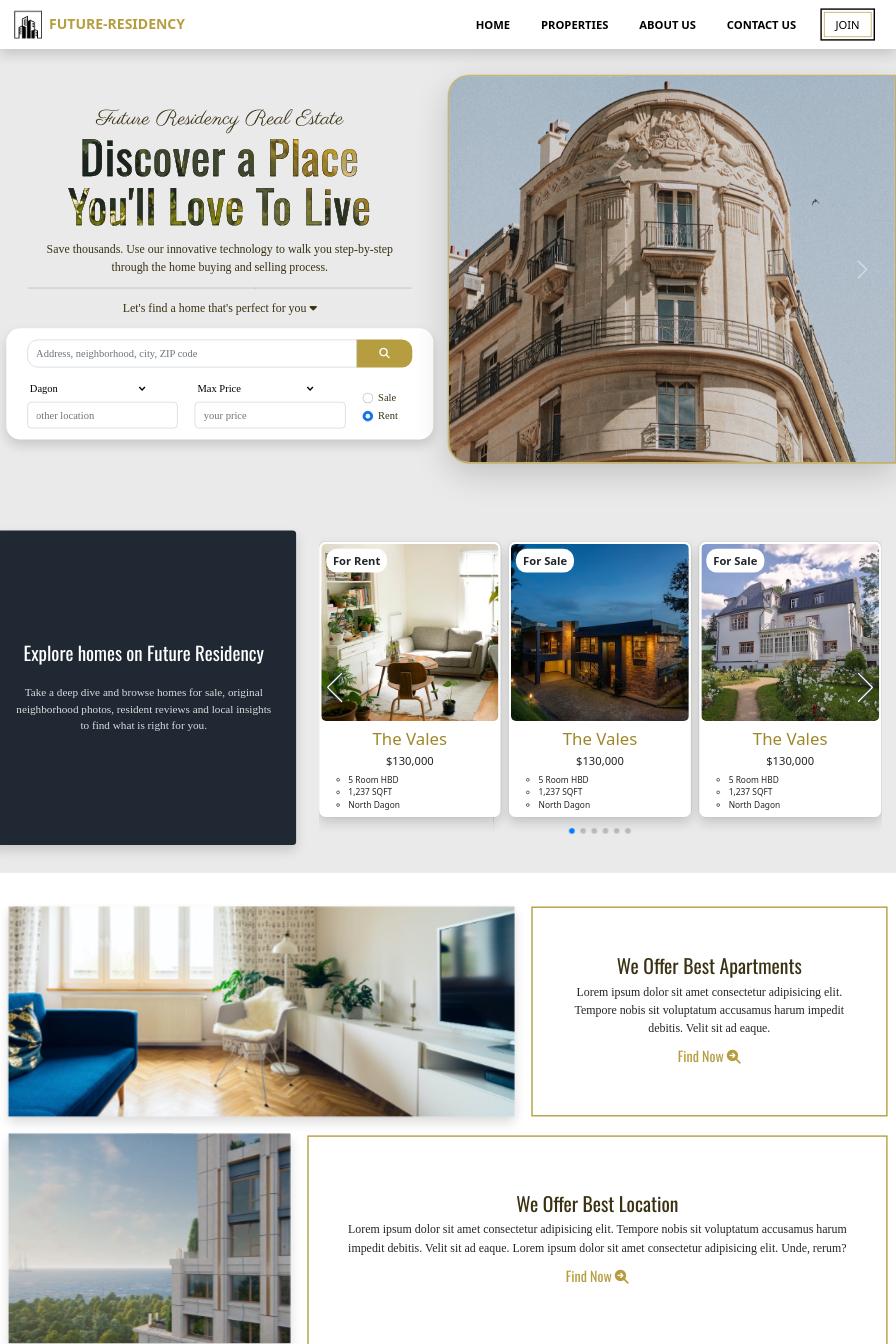
Repository: pyaestk/Future-residency
Page: index.html
The author's editor kept a copy of each file at every save. The page is drawn from the files as they stood at one save, then again after the next save.
The browser window is 1280 px wide. The pictures show the part of the page from y = 0 to 1920 px (the page is 2739 px tall), at 70% of full size.
Pictures or frames that could not be fetched are drawn as grey boxes. Some web fonts or font styles are not loaded; a fallback is used.

Above is the page before, as saved 2022-12-13 21:25:06.

### index.html
<!doctype html>
<html lang="en">

<head>
  <meta charset="utf-8">
  <meta name="viewport" content="width=device-width, initial-scale=1, minimum-scale=1, maximum-scale=1 ">
  <title>FUTURE-RESIDENCY</title>
  <!--bootstrap-->
  <link href="https://cdn.jsdelivr.net/npm/bootstrap@5.2.3/dist/css/bootstrap.min.css" rel="stylesheet"
    integrity="sha384-rbsA2VBKQhggwzxH7pPCaAqO46MgnOM80zW1RWuH61DGLwZJEdK2Kadq2F9CUG65" crossorigin="anonymous">

  <!--custom css-->
  <link rel="stylesheet" href="style.css" type="text/css">
  <link rel="stylesheet" href="styleMobileview.css" type="text/css">
  <link rel="stylesheet" href="styleTabletview.css" type="text/css">

  <!--font awesome-->
  <link rel="stylesheet" href="https://cdnjs.cloudflare.com/ajax/libs/font-awesome/6.2.1/css/all.min.css"
    integrity="sha512-MV7K8+y+gLIBoVD59lQIYicR65iaqukzvf/nwasF0nqhPay5w/9lJmVM2hMDcnK1OnMGCdVK+iQrJ7lzPJQd1w=="
    crossorigin="anonymous" referrerpolicy="no-referrer" />

  <!--swiper js-->
  <link rel="stylesheet" href="https://cdn.jsdelivr.net/npm/swiper@8/swiper-bundle.min.css" />

</head>

<body>

  <!-- background -->
  <div class="background"></div>

  <!--navigation-->
  <nav class="shadow">
    <div class="logo-area">
      <img src="img/FUTURE_ReSIDENCY-removebg-preview.png" alt="logo" class="logo">
      <span>FUTURE-RESIDENCY</span>
    </div>


    <!--desktop-->
    <div class="navlinks" id="nav-right">
      <div class="icon closeMenubar shadow" onclick="hideMenu()">
        <i class="fa-solid fa-xmark"></i>
      </div>
      <ul>
        <li><a href="#">HOME</a></li>
        <li><a href="properties.html">PROPERTIES</a></li>
        <li><a href="aboutUs.html">ABOUT US</a></li>
        <li><a href="contactUs.html">CONTACT US</a></li>
        <a href="singIn.html" class="navibutton">JOIN</a></li>
      </ul>
    </div>
    <div class="icon openMenubar">
      <i class="fa-solid fa-bars" onclick="showMenu()"></i>
    </div>
  </nav>
  <!--end navigation-->


  <!--jumbotron-->
  <div class="jumbotron mb-5">
    <div class="row mt-3">

      <div class="col-md-6 content">
        <div class="row px-5 text-center">
          <div class="col-md-12 mt-4 px-1">
            <div class="subtext text-center">
              <h4 class="mb-0">Future Residency Real Estate</h4>
            </div>
            <p>Discover a Place <br> You'll Love To Live</p>
            <div class="subtext my-2 text-center">
              <span>Save thousands. Use our innovative technology to walk you
                step-by-step through the home buying and selling process.</span>
            </div>
            <hr>
          </div>
        </div>

        <div class="row justify-content-md-center formsession">
          <div class="col-md-12">
            <div class="mb-3 text-center">
              <span style="--delay: .4s; ">
                Let's find a home that's perfect for you <i class="fa-sharp fa-solid fa-caret-down"></i>
              </span>
            </div>
            <div class="searchSection shadow  py-3 " style="--delay: 1s;">
              <div class="row">
                <div class="container input-group form-area mb-3 searchgroup">
                  <input type="text" class="form-control searchbar" placeholder="Address, neighborhood, city, ZIP code">
                  <button><i class="fa-solid fa-magnifying-glass"></i></button>
                </div>
              </div>
              <div class="row">
                <div class="col-md-5 col">
                  <select name="" id="">
                    <option value="">Dagon</option>
                    <option value="">North Dagon</option>
                    <option value="">Yankin</option>
                    <option value="">San Chaung</option>
                  </select>
                  <input type="text" class="form-control" placeholder="other location">
                </div>
                <div class="col-md-5 col">
                  <select name="" id="">
                    <option value="">Max Price</option>
                    <option value="">Average</option>
                    <option value="">Min Price</option>
                  </select>
                  <input type="text" class="form-control" placeholder="your price">
                </div>
                <div class="col-md-2 pt-3 col-3">
                  <div class="form-check">
                    <input class="form-check-input" type="radio" name="flexRadioDefault" id="flexRadioDefault1">
                    <label class="form-check-label" for="flexRadioDefault1">
                      Sale
                    </label>
                  </div>
                  <div class="form-check">
                    <input class="form-check-input" type="radio" name="flexRadioDefault" id="flexRadioDefault2" checked>
                    <label class="form-check-label" for="flexRadioDefault2">
                      Rent
                    </label>
                  </div>
                </div>
              </div>
            </div>
          </div>
        </div>
      </div>

      <div class="col-md-6 text-center customCarousel my-2">
        <div id="carouselExampleCaptions" class="carousel slide w-100" data-bs-ride="true">
          <div class="carousel-inner carouselborder shadow-lg">
            <div class="carousel-item">
              <video src="img/carouselvideo1.mp4" poster="img/video-poster.jpg" autoplay loop muted></video>
            </div>
            <div class="carousel-item">
              <img src="img/pexels-alesia-talkachova-2768311.jpg" alt="">
            </div>
            <div class="carousel-item active">
              <img src="img/pexels-mathias-reding-5331975.jpg" alt="">
            </div>
          </div>
          <button class="carousel-control-next" type="button" data-bs-target="#carouselExampleCaptions"
            data-bs-slide="next">
            <span class="carousel-control-next-icon" aria-hidden="true"></span>
            <span class="visually-hidden">Next</span>
          </button>
        </div>
      </div>
    </div>
  </div>
  <!--end jumbotron-->

  <div class="group1">
    <div class="row">

      <div class="col-md-4">
        <div class="row label2 shadow">
          <div class="col-md-12 text-center" >

            <h3 id="reveal2">Explore homes on Future Residency</h3>
            <p class="sublabel" id="reveal3" style="font-family: 'Cormorant Infant', serif;">
              Take a deep dive and browse homes for sale, original neighborhood photos, resident reviews and local
              insights to find what is right for you.
            </p>

          </div>
        </div>
      </div>

      <div class="col-md-8">

        <div class="row featuredcard">
          <div class="col-md-12">
            <!--index swiperJs-->
            <div class="swiper mySwiper">
              <div class="swiper-wrapper mb-4">
                <div class="swiper-slide">

                  <div class="card salecard shadow">
                    <div class="salecard-img">
                      <img src="img/apartment1.jpg" class="card-img-top" alt="...">
                      <div class="layer">
                        <a href="saleItem.html" class="text-decoration-none text-white"><h6> See More <i class="fa-sharp fa-solid fa-arrow-right-from-bracket"></i></h6></a>
                      </div>
                      <div class="layer2">
                        <span>For Rent</span>
                      </div>
                    </div>
                    <div class="salecard-body">
                      <div class="row">
                        <div class="col-md-12 text-center">
                          <h4>The Vales</h4>
                          <h6>$130,000</h6>
                        </div>
                        <div class="col-md-12">
                          <li>5 Room HBD</li>
                          <li>1,237 SQFT</li>
                          <li>North Dagon</li>
                        </div>
                      </div>
                    </div>
                  </div>

                </div>
                <div class="swiper-slide">

                  <div class="card salecard shadow">
                    <div class="salecard-img">
                      <img src="img/house3.jpg" class="card-img-top" alt="...">
                      <div class="layer">
                        <h6> See More <i class="fa-sharp fa-solid fa-arrow-right-from-bracket"></i></h6>
                      </div>
                      <div class="layer2">
                        <span>For Sale</span>
                      </div>
                    </div>
                    <div class="salecard-body">
                      <div class="row">
                        <div class="col-md-12 text-center">
                          <h4>The Vales</h4>
                          <h6>$130,000</h6>
                        </div>
                        <div class="col-md-12">
                          <li>5 Room HBD</li>
                          <li>1,237 SQFT</li>
                          <li>North Dagon</li>
                        </div>
                      </div>
                    </div>
                  </div>

                </div>
                <div class="swiper-slide">

                  <div class="card salecard shadow">
                    <div class="salecard-img">
                      <img src="img/house1.jpg" class="card-img-top" alt="...">
                      <div class="layer">
                        <h6> See More <i class="fa-sharp fa-solid fa-arrow-right-from-bracket"></i></h6>
                      </div>
                      <div class="layer2">
                        <span>For Sale</span>
                      </div>
                    </div>
                    <div class="salecard-body">
                      <div class="row">
                        <div class="col-md-12 text-center">
                          <h4>The Vales</h4>
                          <h6>$130,000</h6>
                        </div>
                        <div class="col-md-12">
                          <li>5 Room HBD</li>
                          <li>1,237 SQFT</li>
                          <li>North Dagon</li>
                        </div>
                      </div>
                    </div>
                  </div>

                </div>
                <div class="swiper-slide">

                  <div class="card salecard shadow">
                    <div class="salecard-img">
                      <img src="img/house5.jpg" class="card-img-top" alt="...">
                      <div class="layer">
                        <h6> See More <i class="fa-sharp fa-solid fa-arrow-right-from-bracket"></i></h6>
                      </div>
                      <div class="layer2">
                        <span>For Sale</span>
                      </div>
                    </div>
                    <div class="salecard-body">
                      <div class="row">
                        <div class="col-md-12 text-center">
                          <h4>The Vales</h4>
                          <h6>$130,000</h6>
                        </div>
                        <div class="col-md-12">
                          <li>5 Room HBD</li>
                          <li>1,237 SQFT</li>
                          <li>North Dagon</li>
                        </div>
                      </div>
                    </div>
                  </div>

                </div>
                <div class="swiper-slide">

                  <div class="card salecard shadow">
                    <div class="salecard-img">
                      <img src="img/house10.jpg" class="card-img-top" alt="...">
                      <div class="layer">
                        <h6> See More <i class="fa-sharp fa-solid fa-arrow-right-from-bracket"></i></h6>
                      </div>
                      <div class="layer2">
                        <span>For Sale</span>
                      </div>
                    </div>
                    <div class="salecard-body">
                      <div class="row">
                        <div class="col-md-12 text-center">
                          <h4>The Vales</h4>
                          <h6>$130,000</h6>
                        </div>
                        <div class="col-md-12">
                          <li>5 Room HBD</li>
                          <li>1,237 SQFT</li>
                          <li>North Dagon</li>
                        </div>
                      </div>
                    </div>
                  </div>

                </div>
                <div class="swiper-slide">

                  <div class="card salecard shadow">
                    <div class="salecard-img">
                      <img src="img/apartment5.jpg" class="card-img-top" alt="...">
                      <div class="layer">
                        <h6> See More <i class="fa-sharp fa-solid fa-arrow-right-from-bracket"></i></h6>
                      </div>
                      <div class="layer2">
                        <span>For Rent</span>
                      </div>
                    </div>
                    <div class="salecard-body">
                      <div class="row">
                        <div class="col-md-12 text-center">
                          <h4>The Vales</h4>
                          <h6>$130,000</h6>
                        </div>
                        <div class="col-md-12">
                          <li>5 Room HBD</li>
                          <li>1,237 SQFT</li>
                          <li>North Dagon</li>
                        </div>
                      </div>
                    </div>
                  </div>

                </div>

              </div>

              <div class="swiper-button-next" style="color: #ffffff;   -webkit-text-stroke-width: 1px;
              -webkit-text-stroke-color: #1F2833;"></div>

              <div class="swiper-button-prev text-light" style="color: #ffffff;   -webkit-text-stroke-width: 1px;
              -webkit-text-stroke-color: #1F2833;"></div>

              <div class="swiper-pagination"></div>
            </div>
          </div>
          <!--swiperJs end-->
        </div>
      </div>

    </div>
  </div>
  <!--group1 end-->




  <div class="container-fluid pt-5">
    <div class="row pic-container">
      <div class="col-md-7">
        <div class="pic1">
          <img class="shadow" src="img/jarek-ceborski-jn7uVeCdf6U-unsplash.jpg" alt="" id="reveal2">
        </div>
      </div>
      <div class=" col-md-5 d-flex flex-column justify-content-center">
        <div class="pic1-caption d-flex flex-column justify-content-center px-5 align-items-center" >
          <h3 id="reveal">We Offer Best Apartments</h3>
          <span id="reveal2">Lorem ipsum dolor sit amet consectetur adipisicing elit.
             Tempore nobis sit voluptatum accusamus harum impedit debitis.
             Velit sit ad eaque.
          </span>
          <a href="properties.html" class="text-decoration-none"><h6 id="reveal3">Find Now <i class="fa-solid fa-magnifying-glass-arrow-right"></i></h6></a>
        </div>
      </div>
    </div>
  </div>
  <div class="container-fluid pt-2">
    <div class="row mt-3">
      <div class="col-md-4 vid">
        <video class="shadow" src="img/1624370561481-FbR_sea_fin_2905 - converted with Clipchamp.mp4" muted autoplay loop poster="img/Screenshot 2022-12-05 124058.jpg" id="reveal2"></video>
      </div>
      <div class=" col-md-8 d-flex flex-column justify-content-center">
        <div class="vid-caption px-5 d-flex flex-column justify-content-center align-items-center" >
          <h3 id="reveal">We Offer Best Location</h3>
          <span id="reveal2">Lorem ipsum dolor sit amet consectetur adipisicing elit.
            Tempore nobis sit voluptatum accusamus harum impedit debitis.
            Velit sit ad eaque.
            Lorem ipsum dolor sit amet consectetur adipisicing elit. Unde, rerum?
          </span>
          <a href="properties.html" class="text-decoration-none"><h6 id="reveal3">Find Now <i class="fa-solid fa-magnifying-glass-arrow-right"></i></h6></a>
        </div>
      </div>

    </div>
  </div>

  <div class="container-fluid pt-2 mb-5">
    <div class="row mt-3 pic2-container">

      <div class=" col-md-5 d-flex flex-column justify-content-center">
        <div class="pic2-caption px-5 d-flex flex-column justify-content-center align-items-center">
          <h3 id="reveal">We Offer Best Houses</h3>
          <span id="reveal2">Lorem ipsum dolor sit amet consectetur adipisicing elit.
            Tempore nobis sit voluptatum accusamus harum impedit debitis.
            Velit sit ad eaque.
          </span>
          <a href="properties.html" class="text-decoration-none"><h6 id="reveal3">Find Now <i class="fa-solid fa-magnifying-glass-arrow-right"></i></h6></a>
        </div>
      </div>
      <div class="col-md-7 pic2">
        <img class="shadow" src="img/stephan-bechert-yFV39g6AZ5o-unsplash.jpg" alt="" id="reveal">
      </div>

    </div>
  </div>



  <!--footer-->
  <div class="footer pt-5">
    <div class="container text-center text-white">
      <div class="row">
        <div class="col-md-12 my-5" id="reveal3">
          <h2><img src="img/FUTURE_ReSIDENCY-removebg-preview-modified.png" alt="logo" class="logo pb-2"><span>
              FUTURE-RESIDENCY </span> Real Estate</h2>
        </div>
      </div>
      <div class="row pb-5 gap-5 justify-content-md-center">
        <div class="col col-md-3" id="reveal3">
          </ul>
          <h5>Our company</h5>
          <div>about us</div>
          <div>privacy policy</div>
          <div>terms of service</div>
        </div>
        <div class="col-md-auto" id="reveal3">
          <h5>Advertise with Us</h5>
          <div>list a property</div>
          <div>business solutions</div>
        </div>
        <div class="col col-md-3" id="reveal3">
          <h5>Let us Help</h5>
          <div>avoid scams</div>
          <div>contact us</div>
          <div>site map</div>
        </div>
      </div>
      <hr>
      <div class="row text-center pb-2">
        <div class="col-md-12">
          <span class="copyright" id="reveal3">© 2022 Rent Group Inc. All rights reserved. All photos, videos, text and other content
            are the property of Future-Residency Group Inc. APARTMENT GUIDE and the APARTMENT GUIDE Trade Dress
            are registered trademarks of Future-Residency Inc. or its affiliates.</span>
        </div>
      </div>
    </div>
  </div>



  <!--swiper js-->
  <script src="https://cdn.jsdelivr.net/npm/swiper@8/swiper-bundle.min.js"></script>

  <!--javascript-->
  <script src="app.js"></script>

  <!--bootstrap-->
  <script src="https://cdn.jsdelivr.net/npm/bootstrap@5.2.3/dist/js/bootstrap.bundle.min.js"
    integrity="sha384-kenU1KFdBIe4zVF0s0G1M5b4hcpxyD9F7jL+jjXkk+Q2h455rYXK/7HAuoJl+0I4"
    crossorigin="anonymous"></script>
</body>

</html>

### styleTabletview.css

/* mobile view */

@media only screen and (min-width: 768px) and (max-width: 1100px) {
   /* navigation */
  .logo-area span{
    display: none;
  }

  /* jumbotron */
  .jumbotron p{
    font-size: 30px;
    line-height: 35px;
  }
  .subtext h4, .subtext{
    font-size: 13px;
  }
  .indexBackground{
    background: linear-gradient(90deg, #EAEAEA 65%, #EAEAEA -30%);
  }
  .searchSection{
    margin: 10px 10px 10px 30px;
    padding: 10px 20px;
  }
  .carouselborder{
    height: 400px;
  }
  .carouselborder img{
    /* max-height: 129vh; */
    height: 400px;
  }
  .carousel-control-next{
    padding-right: 30px;
  }
  .formsession span{
    font-size: 13px;
  }
  /* jumbotron end */

  /* first group */
  .group1{
    padding-top: 10px;
    padding-bottom: 10px;
  }
  .label2{
    border-radius: 10px;
    padding: 40px 15px 40px 15px;
  }
  .label2 h3{
    font-size: 20px;
  }
  .sublabel{
    font-size: 13px;
    padding-top: 10px;
  }
  .salecard li{
    padding-left: 20px;
  }
  .featuredcard{
    padding: 0 10px;
  }
  /* second group */
  .label{
    color: #1F2833;
    background-color: white;
    margin: 0 10px;
    border-radius: 10px;
  }
  .label h3{
    font-size: 20px;
    padding: 20px 10px;
  }

  .housecard .salecard{
    width: 230px;
    padding: 0;
  }

  .salecard h6{
    font-size: 12px;
    padding-bottom: 0;
  }
  .salecard li{
    font-size: 10px;
    padding-left: 20px;
    list-style-type: circle;
  }
  .layer h5{
    font-size: 12px;
  }

  .layer2{
    font-size: 10px;
    padding: 3px 3px;
  }

  /* properties */
  .searchSection{
    font-size: 13px;
  }
  .searchSection input::placeholder{
    font-size: 13px;
  }

  /* aboutUs */
  .ourhistory .label2{
    color: white;
    background-color: #1F2833;
    padding: 10px;
    margin-right: 0!important;
  }
  .ourhistory .history{
    border-radius: 20px 5px 5px 20px;
    margin-left: 0!important;
  }
  .history{
    text-align: justify;
    font-size: 10px;
  }
  .locationsession{
    text-align: center;
    margin: 10px;
  }
  .about-caption{
    font-size: 13px;
  }
  .conclusion h3{
    font-size: 20px;
  }
  .conclusion p{
    font-size: 13px;
    text-align: justify;
  }

  /* contact us */
  .contactsession h3{
    font-size: 16px;
  }
  .card-text{
    font-size: 14px;
  }
  .contactCard{
    height: 300px;
  }
  .contactCard h4{
    font-size: 18px;
  }
  .contactCard h6{
    font-size: 14px;
  }
  .contactCard p{
    font-size: 12px;
  }
  .locationsession h4{
    font-size: 15px;
  }
  .question span{
    font-size: 13px;
  }

  /* sign in page */
  .login-form{
    margin-top: 25px;
    min-height: 60vh;
  }
  .login-video{
    margin-top: 25px;
  }
  .loginlayer{
    width: 270px;
  }
  .loginlayer h3{
    font-size: 20px;
  }
  .loginlayer h6{
    font-size: 13px;
  }

  /* saleitem page */
  .itemDetail{
    margin-top: 25px;
    margin-bottom: 30px;
  }
  .itemimage{
    position: relative;
    top: 25px;
  }
  }

Loaded but not shown: app.js (123 lines, source omitted); style.css (732 lines, source omitted); styleMobileview.css (261 lines, source omitted)

After the next save:
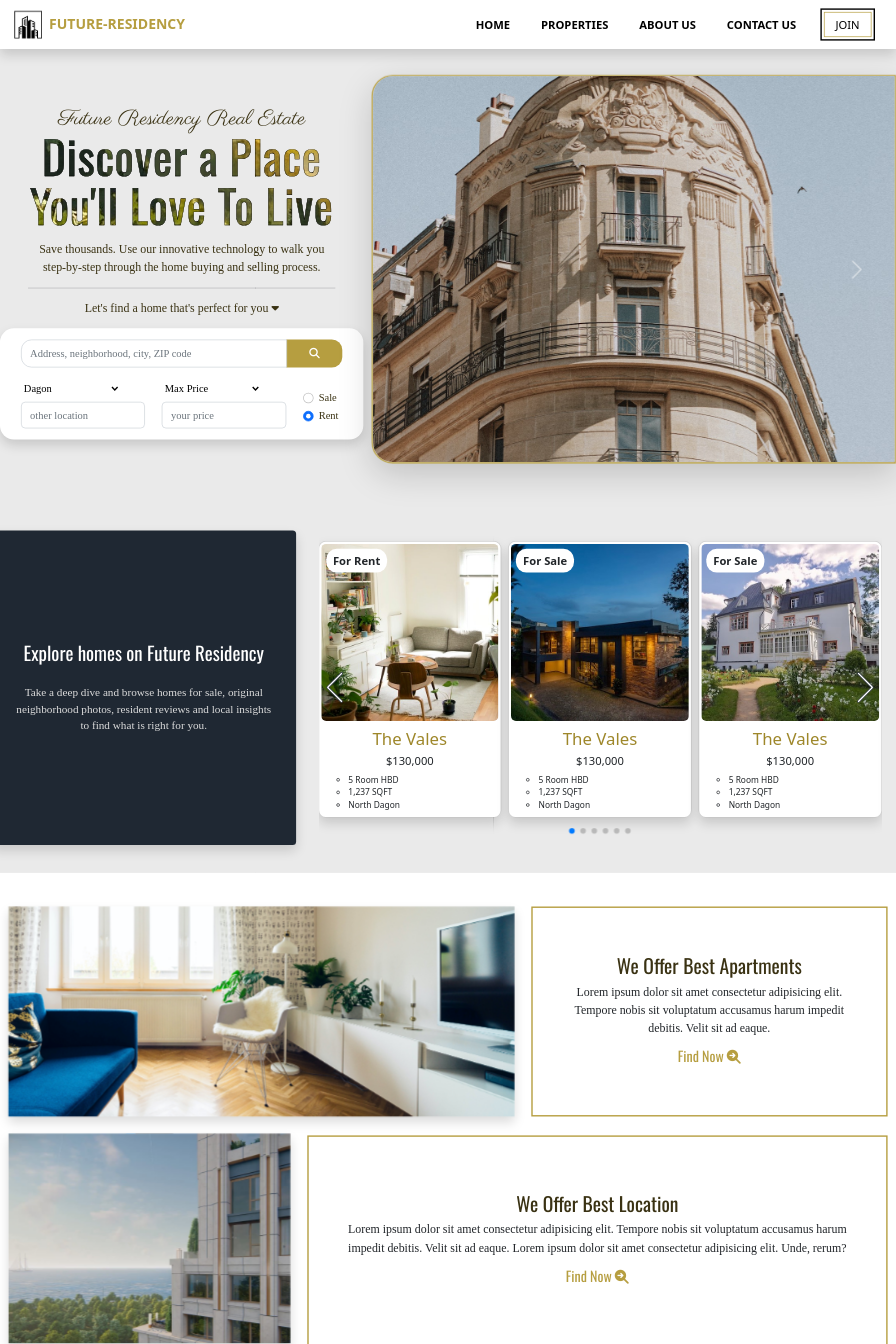
Saved 48 s later.
--- a/index.html
+++ b/index.html
@@ -61,7 +61,7 @@
   <div class="jumbotron mb-5">
     <div class="row mt-3">
 
-      <div class="col-md-6 content">
+      <div class="col-md-5 content">
         <div class="row px-5 text-center">
           <div class="col-md-12 mt-4 px-1">
             <div class="subtext text-center">
@@ -128,7 +128,7 @@
         </div>
       </div>
 
-      <div class="col-md-6 text-center customCarousel my-2">
+      <div class="col-md-7 text-center customCarousel my-2">
         <div id="carouselExampleCaptions" class="carousel slide w-100" data-bs-ride="true">
           <div class="carousel-inner carouselborder shadow-lg">
             <div class="carousel-item">
